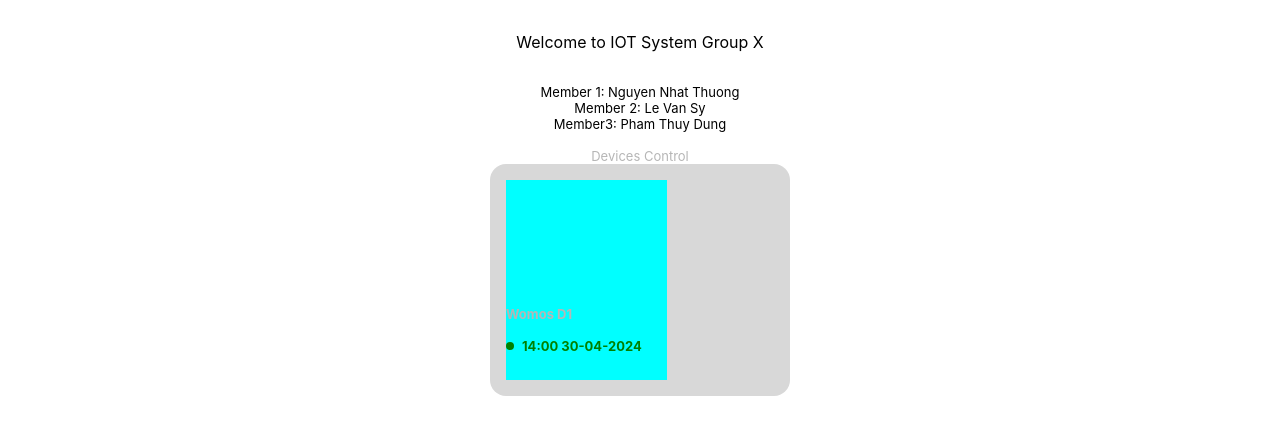
Repository: ngnhthuong/IOT_LAB
Page: /
These files come from the project's save history. The page is drawn as it stood at one moment and after a run of saves; the edit follows.
The browser window is 1280 px wide. The pictures show the whole page.
The project was rebuilt for these pictures with package versions that can differ from the ones it lists, and the page was loaded fresh each time.

Above is the page before, as saved 2024-04-23 14:52:59.

After the next 2 saves:
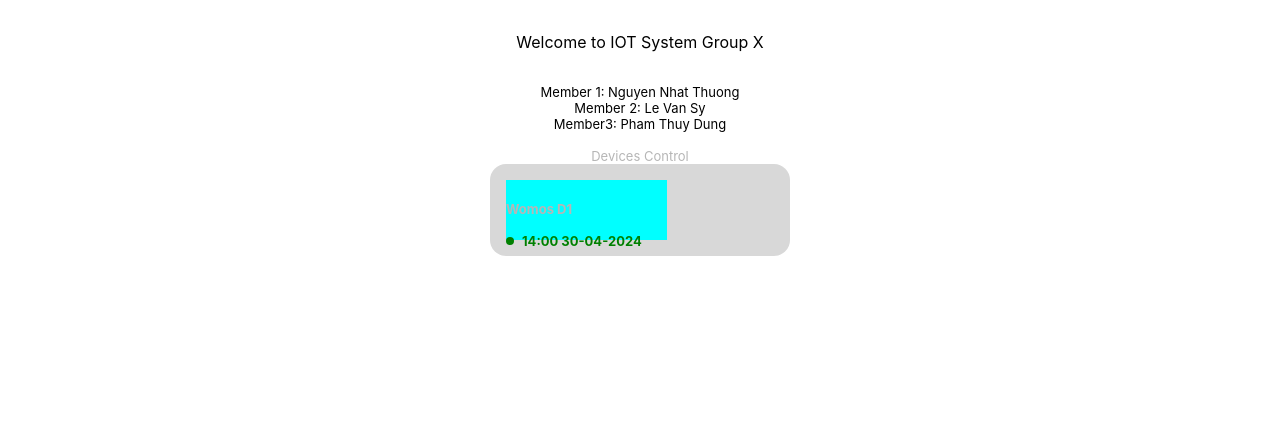
The 2 saves are shown as one change because they came seconds apart.
The last was saved 11 s later.
--- a/src/App.css
+++ b/src/App.css
@@ -54,7 +54,7 @@
   gap: 1rem;
   background-color: aqua;
   width: 60%;
-  height: 100px;
+  height: 30px;
 }
 
 .name{
